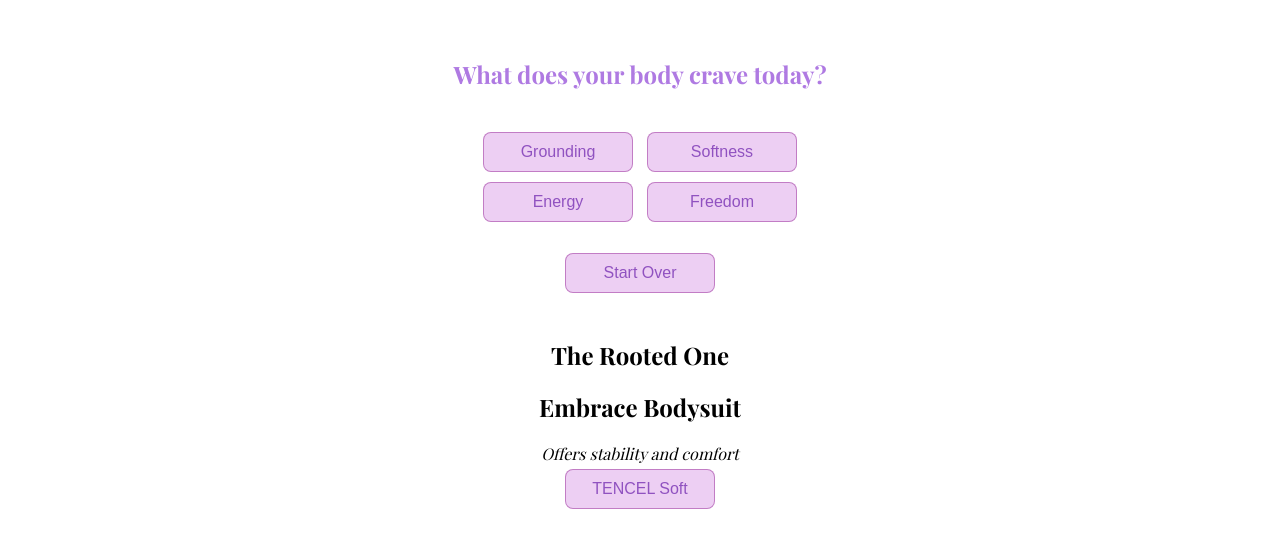
Repository: karim0829/Bella-Oter-Project
Page: index.html
The author's editor kept a copy of each file at every save. The page is drawn from the files as they stood at one save, then again after the next save.
The browser window is 1280 px wide. The pictures show the whole page.
Some web fonts or font styles are not loaded; a fallback is used.

Above is the page before, as saved 2025-06-30 19:33:30.

After the next save:
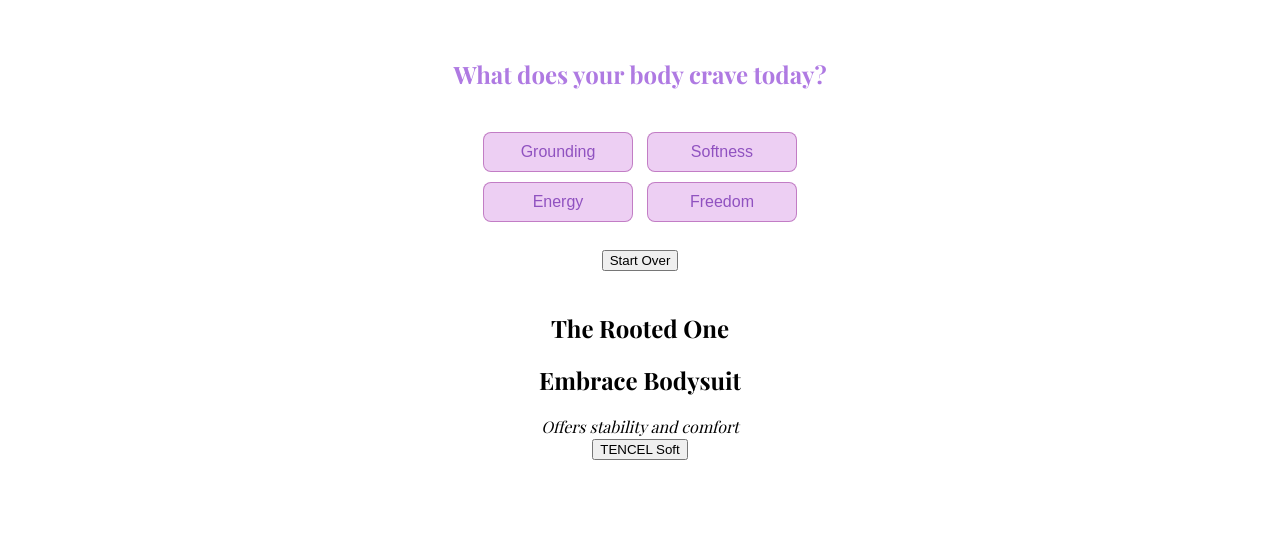
Saved 30 s later.
--- a/style.css
+++ b/style.css
@@ -12,7 +12,7 @@ form h1 {
 
 }
 
- button {
+ form button {
     width: 150px;
     height: 40px;
     cursor: pointer;
@@ -26,7 +26,7 @@ form h1 {
     color:rgba(85, 4, 160, 0.613);
 }
 
-button:hover {
+form button:hover {
     background-color:rgb(219, 55, 219);
     transition: linear 2;
 
